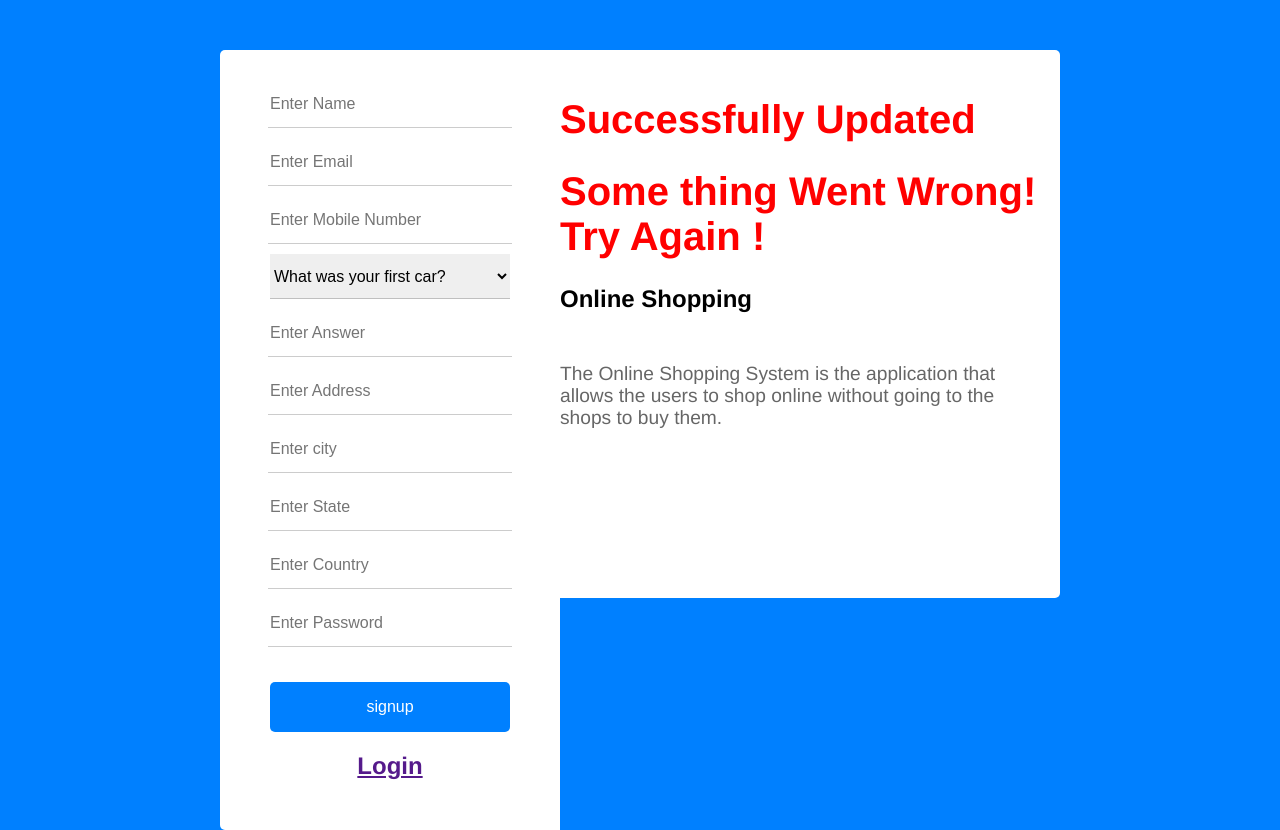
Repository: Dineshbabu290904/DigiMart
Page: http://localhost/ShoppingCart/signup.jsp
These files come from the project's save history. The page is drawn as it stood at one moment and after the next save; the edit follows.
The browser window is 1280 px wide. The pictures show the whole page.
The page is served by Tomcat 9.

Above is the page before, as saved 2024-10-12 09:58:15.

After the next save:
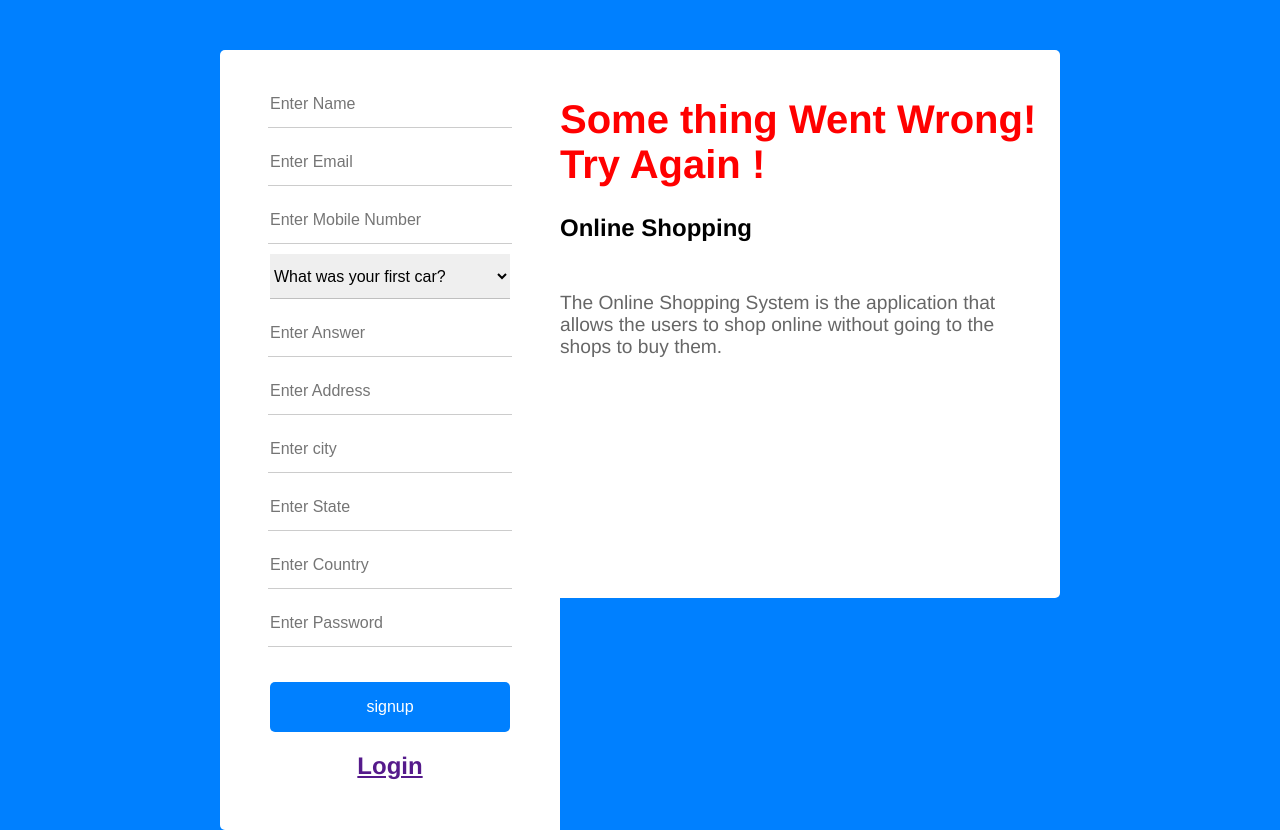
Saved 4 min 18 s later.
--- a/ShoppingCart/src/main/webapp/signup.jsp
+++ b/ShoppingCart/src/main/webapp/signup.jsp
@@ -28,9 +28,12 @@
       <h2><a href="">Login</a></h2>
   </div>
   <div class='whysign'>
-
-<h1>Successfully Updated</h1>
-
+<%
+	String msg = request.getParameter("msg");
+	if("vaild".equals(msg)){
+%>
+<h1>Successfully Registration</h1>
+<%} %>
 
 <h1>Some thing Went Wrong! Try Again !</h1>
 
